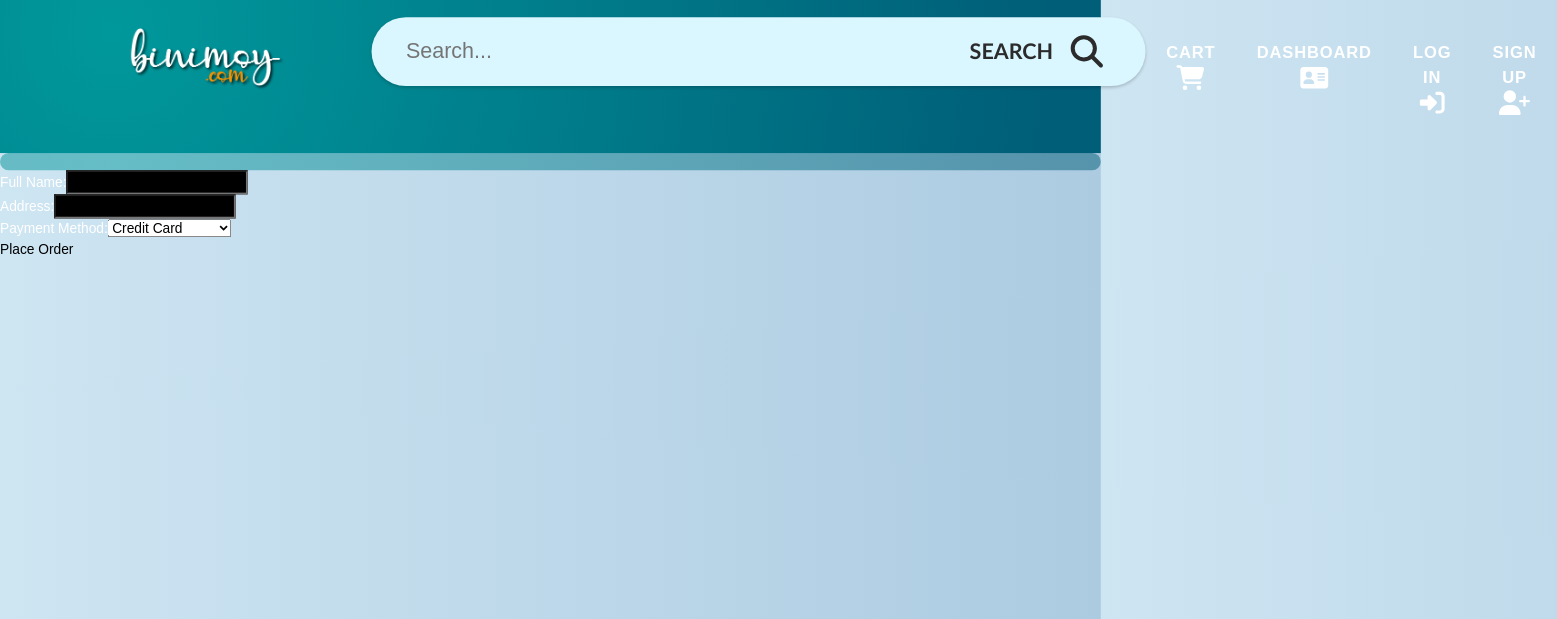
Repository: Shadman2024/2_1_DatabaseProject
Page: /checkout (app in frontend/)
An editor plug-in stored every save of this project. The page is shown before and after the next save, followed by the edit.
The browser window is 1280 px wide. The page is 1811 px wide, so the pictures cover 1811 px, including what lies to the right of the window. The pictures show the whole page, at 86% of full size.
Some web libraries are served in a nearby version. The project was rebuilt for these pictures with package versions that can differ from the ones it lists, and the page was loaded fresh each time. Also part of the build but not shown: frontend/src/App.css, frontend/src/signUp/signup.js, frontend/src/logIn/login.js, frontend/src/Home/home.module.css, frontend/src/Home/hero.js, frontend/src/Home/hero2.js, frontend/src/Home/hero3.js, frontend/src/Home/smallcategory.module.css and 31 more.

Above is the page before, as saved 2024-03-08 13:46:05.

### frontend/public/index.html
<!DOCTYPE html>
<html lang="en">

<head>
  <meta charset="utf-8" />
  <link rel="icon" href="%PUBLIC_URL%/favicon.ico" />
  <meta name="viewport" content="width=device-width, initial-scale=1" />
  <meta name="theme-color" content="#000000" />
  <meta name="description" content="Web site created using create-react-app" />
  <link rel="apple-touch-icon" href="%PUBLIC_URL%/logo192.png" />
  <!--
      manifest.json provides metadata used when your web app is installed on a
      user's mobile device or desktop. See https://developers.google.com/web/fundamentals/web-app-manifest/
    -->
  <link rel="manifest" href="%PUBLIC_URL%/manifest.json" />
  <link href="https://cdn.jsdelivr.net/npm/bootstrap@5.0.2/dist/css/bootstrap.min.css" rel="stylesheet"
    integrity="sha384-EVSTQN3/azprG1Anm3QDgpJLIm9Nao0Yz1ztcQTwFspd3yD65VohhpuuCOmLASjC" crossorigin="anonymous">
  <!--
      Notice the use of %PUBLIC_URL% in the tags above.
      It will be replaced with the URL of the `public` folder during the build.
      Only files inside the `public` folder can be referenced from the HTML.

      Unlike "/favicon.ico" or "favicon.ico", "%PUBLIC_URL%/favicon.ico" will
      work correctly both with client-side routing and a non-root public URL.
      Learn how to configure a non-root public URL by running `npm run build`.
    -->
  <title>React App</title>
</head>

<body style="background: linear-gradient(to right, #cee5f2, #accbe1);
/* Other styles */
margin: 0;
height: 100vh;
color: white;">
<!-- <body style="background: #1B1B1B"> -->


  <noscript>You need to enable JavaScript to run this app.</noscript>
  <div id="root"></div>
  <!--
      This HTML file is a template.
      If you open it directly in the browser, you will see an empty page.

      You can add webfonts, meta tags, or analytics to this file.
      The build step will place the bundled scripts into the <body> tag.

      To begin the development, run `npm start` or `yarn start`.
      To create a production bundle, use `npm run build` or `yarn build`.
    -->
  <script src="https://cdn.jsdelivr.net/npm/bootstrap@5.0.2/dist/js/bootstrap.bundle.min.js"
    integrity="sha384-MrcW6ZMFYlzcLA8Nl+NtUVF0sA7MsXsP1UyJoMp4YLEuNSfAP+JcXn/tWtIaxVXM"
    crossorigin="anonymous"></script>
  <script src="https://cdn.jsdelivr.net/npm/@popperjs/core@2.9.2/dist/umd/popper.min.js"
    integrity="sha384-IQsoLXl5PILFhosVNubq5LC7Qb9DXgDA9i+tQ8Zj3iwWAwPtgFTxbJ8NT4GN1R8p"
    crossorigin="anonymous"></script>
  <script src="https://cdn.jsdelivr.net/npm/bootstrap@5.0.2/dist/js/bootstrap.min.js"
    integrity="sha384-cVKIPhGWiC2Al4u+LWgxfKTRIcfu0JTxR+EQDz/bgldoEyl4H0zUF0QKbrJ0EcQF"
    crossorigin="anonymous"></script>
  <script src="https://code.jquery.com/jquery-3.2.1.slim.min.js"
    integrity="sha384-KJ3o2DKtIkvYIK3UENzmM7KCkRr/rE9/Qpg6aAZGJwFDMVNA/GpGFF93hXpG5KkN"
    crossorigin="anonymous"></script>
  <script src="https://cdnjs.cloudflare.com/ajax/libs/popper.js/1.12.3/umd/popper.min.js"
    integrity="sha384-vFJXuSJphROIrBnz7yo7oB41mKfc8JzQZiCq4NCceLEaO4IHwicKwpJf9c9IpFgh"
    crossorigin="anonymous"></script>
  <script src="https://maxcdn.bootstrapcdn.com/bootstrap/4.0.0-beta.2/js/bootstrap.min.js"
    integrity="sha384-alpBpkh1PFOepccYVYDB4do5UnbKysX5WZXm3XxPqe5iKTfUKjNkCk9SaVuEZflJ"
    crossorigin="anonymous"></script>


</body>

</html>

### frontend/src/index.css
*{
  margin: 0;
  outline: none;
}
body {
  margin: 0;
  font-family: -apple-system, BlinkMacSystemFont, 'Segoe UI', 'Roboto', 'Oxygen',
    'Ubuntu', 'Cantarell', 'Fira Sans', 'Droid Sans', 'Helvetica Neue',
    sans-serif;
  -webkit-font-smoothing: antialiased;
  -moz-osx-font-smoothing: grayscale;
}

code {
  font-family: source-code-pro, Menlo, Monaco, Consolas, 'Courier New',
    monospace;
}
html {
  scroll-behavior: smooth;
  position: relative;
  min-height: 100%;
  overflow-x: hidden;
}

### frontend/src/checkout/checkout.js
import React, { Fragment, useState, useEffect, useLayoutEffect } from 'react';
import { useLocation, useNavigate } from 'react-router-dom';
import styles from './checkout.module.css';

const Checkout = ({ setAuth }) => {
    const navigate = useNavigate();
    const location = useLocation();
    const { cartItems } = location.state || { cartItems: [] };

    // States for form inputs
    const [name, setName] = useState('');
    const [address, setAddress] = useState('');
    const [paymentMethod, setPaymentMethod] = useState('creditCard');

    const handleSubmit = async (e) => {
        e.preventDefault();
        // Here you would typically send the order to your backend server
        // For this example, we'll just log it to the console and navigate to a confirmation page
        console.log({
            name,
            address,
            paymentMethod,
            cartItems,
        });
        // navigate('/order-confirmation'); // Assuming you have an order confirmation page
    };

    return (
        <Fragment>
            <div className={styles.checkoutContainer}>
                <div className={styles.title}></div>
                <form onSubmit={handleSubmit} className={styles.checkoutForm}>
                    <div className={styles.formGroup}>
                        <label htmlFor="name">Full Name:</label>
                        <input type="text" id="name" value={name} onChange={(e) => setName(e.target.value)} required />
                    </div>
                    <div className={styles.formGroup}>
                        <label htmlFor="address">Address:</label>
                        <input type="text" id="address" value={address} onChange={(e) => setAddress(e.target.value)} required />
                    </div>
                    <div className={styles.formGroup}>
                        <label>Payment Method:</label>
                        <select value={paymentMethod} onChange={(e) => setPaymentMethod(e.target.value)} required>
                            <option value="creditCard">Credit Card</option>
                            <option value="paypal">PayPal</option>
                            <option value="cash">Cash on Delivery</option>
                        </select>
                    </div>
                    <button type="submit" className={styles.submitButton}>Place Order</button>
                </form>
            </div>
        </Fragment>
    );
};

export default Checkout;

### frontend/src/signUp/signup.module.css

.login_box {
  position: absolute;
  top: 50%;
  left: 50%;
  width: 400px;
  padding: 40px;
  margin: 20px auto;
  transform: translate(-50%, -55%);
  background-image: radial-gradient( circle farthest-corner at 10% 20%,  rgba(0,152,155,1) 0.1%, rgba(0,94,120,1) 94.2% );
  box-sizing: border-box;
  box-shadow: 0 15px 25px rgba(0,0,0,.6);
  border-radius: 10px;
  color: #ffffff;
  font-size: large;
  /* padding-left: 100px;
  padding-right: 100px; */
}
.login_box .user_box {
  position: relative;
}

.login_box .user_box input {
  width: 100%;
  padding: 10px 0;
  font-size: 16px;
  color: #fffdfd;
  margin-bottom: 30px;
  border: none;
  /* background-color: #0F1F2A; */
  border-bottom: 1px solid #ffffff;
  outline: none;
  background: transparent;
  font-size: larger;
  /* font-weight: bolder; */
}

.login_box .user_box label {
  position: absolute;
  top: -20px;
  left: 0;
  padding: 10px 0;
  font-size: 20px;
  color: #ffffff;
  /* background-color: #2E5D7F; */
  pointer-events: none;
  transition: .5s;
  font-size: large;
  /* padding: 0px;
  padding-left: 20%;
  padding-right: 20%; */
  font-weight: bold;
}

.login_box .user_box input:focus ~ label,
.login_box .user_box input:valid ~ label {
  /* top: -20px; */
  left: 0;
  color: #ffffff;
  font-size: 20px;
  /* background-color: #242424; */
  padding: 0px;
  padding-left: 10px;
  padding-right: 10px;
  font-weight: bolder;
}


.login_box p:first-child {
  margin: 0 0 30px;
  padding: 0;
  color: #ffffff;
  text-align: center;
  font-size: 1.5rem;
  font-weight: bold;
  letter-spacing: 1px;
  padding-bottom: 30px;
}




.animated_button {
  position: relative;
  display: inline-block;
  padding: 12px 24px;
  border: none;
  font-size: 16px;
  background-color: inherit;
  border-radius: 100px;
  font-weight: 600;
  color: #ffffff;
  box-shadow: 0 0 0 2px #ffffff00;
  cursor: pointer;
  overflow: hidden;
  transition: all 0.6s cubic-bezier(0.23, 1, 0.320, 1);
  text-align: center;
  font-size: 1.2rem;
  /* font-weight: bold; */
  letter-spacing: 1px;
  /* padding-bottom: 30px; */
}

.animated_button span:last-child {
  position: absolute;
  top: 50%;
  left: 50%;
  transform: translate(-50%, -50%);
  width: 20px;
  height: 20px;
  background-color: #fff;
  /* color: #000; */
  border-radius: 50%;
  opacity: 0;
  transition: all 0.8s cubic-bezier(0.23, 1, 0.320, 1);
}

.animated_button span:first-child {
  position: relative;
  z-index: 1;
}

.animated_button:hover {
  box-shadow: 0 0 0 3px #ffffff;
  color: #2F0332;
}

.animated_button:active {
  scale: 0.95;
}

.animated_button:hover span:last-child {
  width: 150px;
  height: 150px;
  opacity: 1;
}

input {
  color: white;
  background-color: black;
}

::-ms-reveal {
  filter: invert(100%);
}

/* Chrome, Safari, Edge, Opera */
input::-webkit-outer-spin-button,
input::-webkit-inner-spin-button {
-webkit-appearance: none;
margin: 0;
}

### frontend/src/logIn/login.module.css


.login_box {
  position: absolute;
  top: 50%;
  left: 50%;
  width: 400px;
  padding: 40px;
  margin: 20px auto;
  transform: translate(-50%, -55%);
  background-image: radial-gradient( circle farthest-corner at 10% 20%,  rgba(0,152,155,1) 0.1%, rgba(0,94,120,1) 94.2% );
  box-sizing: border-box;
  box-shadow: 0 15px 25px rgba(0, 0, 0, .6);
  border-radius: 10px;
  color: #ffffff;
  font-size: large;
  /* padding-left: 100px;
  padding-right: 100px; */
}

.login_box .user_box {
  position: relative;
}

.login_box .user_box input {
  width: 100%;
  padding: 10px 0;
  font-size: 16px;
  color: #fffdfd;
  margin-bottom: 30px;
  border: none;
  /* background-color: #0F1F2A; */
  border-bottom: 1px solid #ffffff;
  outline: none;
  background: transparent;
  font-size: larger;
  /* font-weight: bolder; */
}

.login_box .user_box label {
  position: absolute;
  top: -20px;
  left: 0;
  padding: 10px 0;
  font-size: 20px;
  color: #ffffff;
  /* background-color: #2E5D7F; */
  pointer-events: none;
  transition: .5s;
  font-size: large;
  /* padding: 0px;
  padding-left: 20%;
  padding-right: 20%; */
  font-weight: bold;
}

.login_box .user_box input:focus~label,
.login_box .user_box input:valid~label {
  /* top: -20px; */
  left: 0;
  color: #ffffff;
  font-size: 20px;
  /* background-color: #242424; */
  padding: 0px;
  padding-left: 10px;
  padding-right: 10px;
  font-weight: bolder;
}


.login_box p:first-child {
  margin: 0 0 30px;
  padding: 0;
  color: #ffffff;
  text-align: center;
  font-size: 1.5rem;
  font-weight: bold;
  letter-spacing: 1px;
  padding-bottom: 30px;
}




.animated_button {
  position: relative;
  display: inline-block;
  padding: 12px 24px;
  border: none;
  font-size: 16px;
  background-color: inherit;
  border-radius: 100px;
  font-weight: 600;
  color: #ffffff;
  box-shadow: 0 0 0 2px #ffffff00;
  cursor: pointer;
  overflow: hidden;
  transition: all 0.6s cubic-bezier(0.23, 1, 0.320, 1);
  text-align: center;
  font-size: 1.2rem;
  /* font-weight: bold; */
  letter-spacing: 1px;
  /* padding-bottom: 30px; */
}

.animated_button span:last-child {
  position: absolute;
  top: 50%;
  left: 50%;
  transform: translate(-50%, -50%);
  width: 20px;
  height: 20px;
  background-color: #fff;
  /* color: #000; */
  border-radius: 50%;
  opacity: 0;
  transition: all 0.8s cubic-bezier(0.23, 1, 0.320, 1);
}

.animated_button span:first-child {
  position: relative;
  z-index: 1;
}

.animated_button:hover {
  box-shadow: 0 0 0 3px #ffffff;
  color: #2F0332;
}

.animated_button:active {
  scale: 0.95;
}

.animated_button:hover span:last-child {
  width: 150px;
  height: 150px;
  opacity: 1;
}

input {
  color: white;
  background-color: black;
}

::-ms-reveal {
  filter: invert(100%);
}

### frontend/src/dashboard/dashboard.module.css
body {
    /* font-family: Arial, sans-serif; */
    margin: 0;
    padding: 0;
    box-sizing: border-box;
    /* font-size: larger; */
}

.container {
    font-size: 30px;
    display: flex;
    justify-content: space-around;
    margin: 20px;
    margin-left: 130px;
    margin-right: 130px;
}

.user_info,
.order_info {
    flex-basis: 45%;
    padding: 20px;
    box-shadow: 0 0 10px rgba(0, 0, 0, 0.1);
}


.user_photo {
    width: 200px;
    height: 200px;
    object-fit: cover;
    border-radius: 50%;
    margin-bottom: 20px;
}

h2 {
    color: #333;
    margin-bottom: 15px;
}

p {
    line-height: 1.6;
    color: #666;
}

strong {
    color: #333;
}

@media (max-width: 768px) {
    .container {
        flex-direction: column;
        align-items: center;
    }

    .user-info,
    .order-info {
        flex-basis: 90%;
    }
}

.title {
    /* Add styles for your title here */
    margin-bottom: 10px;
    /* Example space between title and wrapper */
    font-size: 30px;
    color: rgb(255, 255, 255);
    font-weight: bolder;
    padding-left: 200px;
    background-image: radial-gradient( circle farthest-corner at 10% 20%,  rgba(0,152,155,1) 0.1%, rgba(0,94,120,1) 94.2% );
    margin-top: 0px;
    letter-spacing: 5px;
}

.animated_button {
    position: relative;
    display: inline-block;
    padding: 12px 24px;
    border: none;
    font-size: 16px;
    background-color: rgb(71, 0, 73);
    border-radius: 100px;
    font-weight: 600;
    color: rgb(255, 255, 255);
    box-shadow: 0 0 0 2px #ffffff00;
    cursor: pointer;
    overflow: hidden;
    transition: all 0.6s cubic-bezier(0.23, 1, 0.320, 1);
    text-align: center;
    font-size: 1.2rem;
    /* font-weight: bold; */
    letter-spacing: 1px;
    /* padding-bottom: 30px; */
}

.animated_button span:last-child {
    position: absolute;
    top: 50%;
    left: 50%;
    transform: translate(-50%, -50%);
    width: 20px;
    height: 20px;
    background-color: rgb(71, 0, 73);
    /* color: #000; */
    border-radius: 50%;
    opacity: 0;
    transition: all 0.8s cubic-bezier(0.23, 1, 0.320, 1);
}

.animated_button span:first-child {
    position: relative;
    z-index: 1;
}

.animated_button:hover {
    box-shadow: 0 0 0 3px #ffffff;
    color: #2F0332;
}

.animated_button:active {
    scale: 0.95;
}

.animated_button:hover span:last-child {
    width: 150px;
    height: 150px;
    opacity: 1;
}
.userDetails {
    margin-bottom: 10px;
    color: #0f0f0f;
    font-size: 30px;
}

.userDetails strong {
    color: #2c2c2c;
    font-weight: bold;
}
.user_photo{
    margin-top: 10px;
}

.userDetail {
    display: flex;
    align-items: center;
    margin-bottom: 10px;
}

.detailLabel, .detailValue {
    margin-right: 100px;
}

.detailLabel {
    /* If you want the labels to have a fixed width for alignment */
    width: 220px;
    font-weight: bold;
    color: #000;
}

.detailValue {
    flex-grow: 1;
    color: #333;
}

/* Your existing styles */

### frontend/src/orders/orders.module.css
/* orders.module.css */
.orders_container {
  padding: 20px;
  /* background: #f5f5f5; */
  border-radius: 8px;
  /* box-shadow: 0 2px 4px rgba(0,0,0,0.1); */
  margin-left: 250px;
  margin-right: 250px;
  margin-left: 250px;
  margin-top: 40px;
  margin-right: 250px;
  padding: 20px;
  /* background-color: #f9f9f9; */
  border-radius: 8px;
  box-shadow: 0 2px 4px rgba(0,0,0,0.3);
  background-color: #97adda;
}

.title {
  font-size: 30px;;
  color: rgb(255, 255, 255);
  font-weight: bolder;
  background-image: radial-gradient( circle farthest-corner at 10% 20%,  rgba(0,152,155,50%) 0.1%, rgba(0,94,120,50%) 94.2% );
  margin-top: 0px;
  /* background-color: #ba96db; */
  letter-spacing: 5px;
  margin-bottom: 0px;
  padding-bottom: 0px;
  border-radius: 0.5rem;
  padding: 10px;
  text-align: center;
  border-radius: 1rem 1rem 1rem 1rem;
  margin-bottom: 10px;
}

.order {
  /* background: #ffffff; */
  padding: 15px;
  margin-bottom: 20px;
  /* border-radius: 8px; */
  /* box-shadow: 0 1px 3px rgba(0,0,0,0.12), 0 1px 2px rgba(0,0,0,0.24); */
  font-size: 20px;
  border-radius: 1rem 1rem 1rem 1rem;
  background-color: white;
}

.order h3 {
  color: #0275d8;
  font-size: 20px;
  margin-top: 0;
  margin-bottom: 10px;
}

.order p {
  color: #313131;
  margin: 5px 0;
}

ul {
  list-style-type: none;
  padding: 0;
}

li {
  margin: 5px 0;
  color: #363636;
}

strong {
  color: #333;
}

/* Specific styles for shipping and payment sections */
.order > div {
  margin-top: 10px;
  padding-top: 10px;
  border-top: 1px solid #eee;
}

/* Adjust the below properties as per your UI requirements */
.orders_table {
  width: 100%;
  border-collapse: collapse;
}

.orders_table th, .orders_table td {
  text-align: left;
  padding: 8px;
  border-bottom: 1px solid #ddd;
}

.orders_table th {
  background-color: #f9f9f9;
}
.orders_table {
  width: 100%;
  margin-top: 10px;
  border-collapse: collapse;
}

.orders_table th, .orders_table td {
  text-align: left;
  padding: 8px;
  border-bottom: 1px solid #ddd;
}

.orders_table th {
  background-color: teal;
  /* color: #313131; */
}
.orders_table td {
  background-color: #e0e0e0;
  color: #313131;
}

### frontend/src/checkout/checkout.module.css
.shipping{
    padding: 20px;
    /* background: #f5f5f5; */
    border-radius: 8px;
    /* box-shadow: 0 2px 4px rgba(0,0,0,0.1); */
    margin-left: 250px;
    margin-right: 250px;
    margin-left: 250px;
    margin-top: 40px;
    margin-right: 250px;
    padding: 20px;
    /* background-color: #f9f9f9; */
    border-radius: 8px;
    box-shadow: 0 2px 4px rgba(0,0,0,0.3);
    background-color: #97adda;
}
.title {
    font-size: 30px;;
    color: rgb(255, 255, 255);
    font-weight: bolder;
    background-image: radial-gradient( circle farthest-corner at 10% 20%,  rgba(0,152,155,50%) 0.1%, rgba(0,94,120,50%) 94.2% );
    margin-top: 0px;
    /* background-color: #ba96db; */
    letter-spacing: 5px;
    margin-bottom: 0px;
    padding-bottom: 0px;
    border-radius: 0.5rem;
    padding: 10px;
    text-align: center;
    border-radius: 1rem 1rem 1rem 1rem;
}

### frontend/src/Home/hero.module.css
.hero {
    /* height: 100vh; */
    background: linear-gradient(180deg, #fde1ff, #e1ffea22 60%);
    display: flex;
    margin-bottom: 25px;
}

.hero_left {
    flex: 1;
    display: flex;
    flex-direction: column;
    /* justify-content: center; */
    padding-top: 10px;
    gap: 2px;
    padding-left: 10px;
    line-height: 1.1;
}

.hero_left h2 {
    color: rgb(41, 0, 35);
    font-size: 26 px;
    font-weight: 600;
}

.hero_left p {
    color: rgb(50, 0, 54);
    font-size: 100px;
    font-weight: 600;
}

.hero_hand_icon {
    display: flex;
    align-items: center;
    gap: 20px;
}

.image {
    /* max-width: 100%; */
    width: 199%;
    height: 500px;
    display: block; /* Ensure images resize within their container */
    border: 2px solid black;
    border-radius: 0.4rem;
  }

/* .hero-latest-btn{
    display: flex;
    justify-content: center;
    align-items: center;
    gap: 15px;
    width: 310px;
    height: 70px;
    background: #3d1a3f;
    color: white;
    font-size: 22px;
    font-weight: 500;

} */

.hero_right {
    flex: 1;
    display: flex;
    align-items: center;
    justify-content: center;
}

button {
    position: relative;
    display: inline-block;
    cursor: pointer;
    outline: none;
    border: 0;
    vertical-align: middle;
    text-decoration: none;
    background: transparent;
    padding: 0;
    font-size: inherit;
    font-family: inherit;
}

button.learn_more {
    width: 12rem;
    height: auto;
}

button.learn_more .circle {
    transition: all 0.45s cubic-bezier(0.65, 0, 0.076, 1);
    position: relative;
    display: block;
    margin: 0;
    width: 3rem;
    height: 3rem;
    background: #ffffff;
    border-radius: 1.625rem;
}

button.learn_more .circle .icon {
    transition: all 0.45s cubic-bezier(0.65, 0, 0.076, 1);
    position: absolute;
    top: 0;
    bottom: 0;
    margin: auto;
    background: #ffffff;
}

button.learn_more .circle .icon {
    transition: all 0.45s cubic-bezier(0.65, 0, 0.076, 1);
    left: 0.625rem;
    width: 1.125rem;
    height: 0.125rem;
    background: none;
}

button.learn_more .circle .icon::before {
    position: absolute;
    content: "";
    top: -0.29rem;
    right: 0.0625rem;
    width: 0.625rem;
    height: 0.625rem;
    border-top: 0.125rem solid #020202;
    border-right: 0.125rem solid #000000;
    transform: rotate(45deg);
}

button.learn_more .button_text {
    transition: all 0.45s cubic-bezier(0.65, 0, 0.076, 1);
    position: absolute;
    top: 0;
    left: 0;
    right: 0;
    bottom: 0;
    padding: 0.75rem 0;
    margin: 0 0 0 1.85rem;
    color: #ffffff;
    font-weight: 700;
    line-height: 1.6;
    text-align: center;
    text-transform: uppercase;
}

button:hover .circle {
    width: 100%;
}

button:hover .circle .icon{
    background: #000000;
    transform: translate(1rem, 0);
}

button:hover .button_text {
    color: #000000;
}

Loaded but not shown: frontend/src/NavBar/nav.js (82 lines, source omitted); frontend/src/App.js (81 lines, source omitted); frontend/src/index.js (10 lines, source omitted); frontend/src/seach/search.module.css (299 lines, source omitted); frontend/src/NavBar/nav.module.css (307 lines, source omitted); frontend/src/Home/hero2.module.css (153 lines, source omitted); frontend/src/Home/hero3.module.css (153 lines, source omitted); frontend/src/admin/admin.module.css (no stored copy; drawn as an empty file)

After the next save:
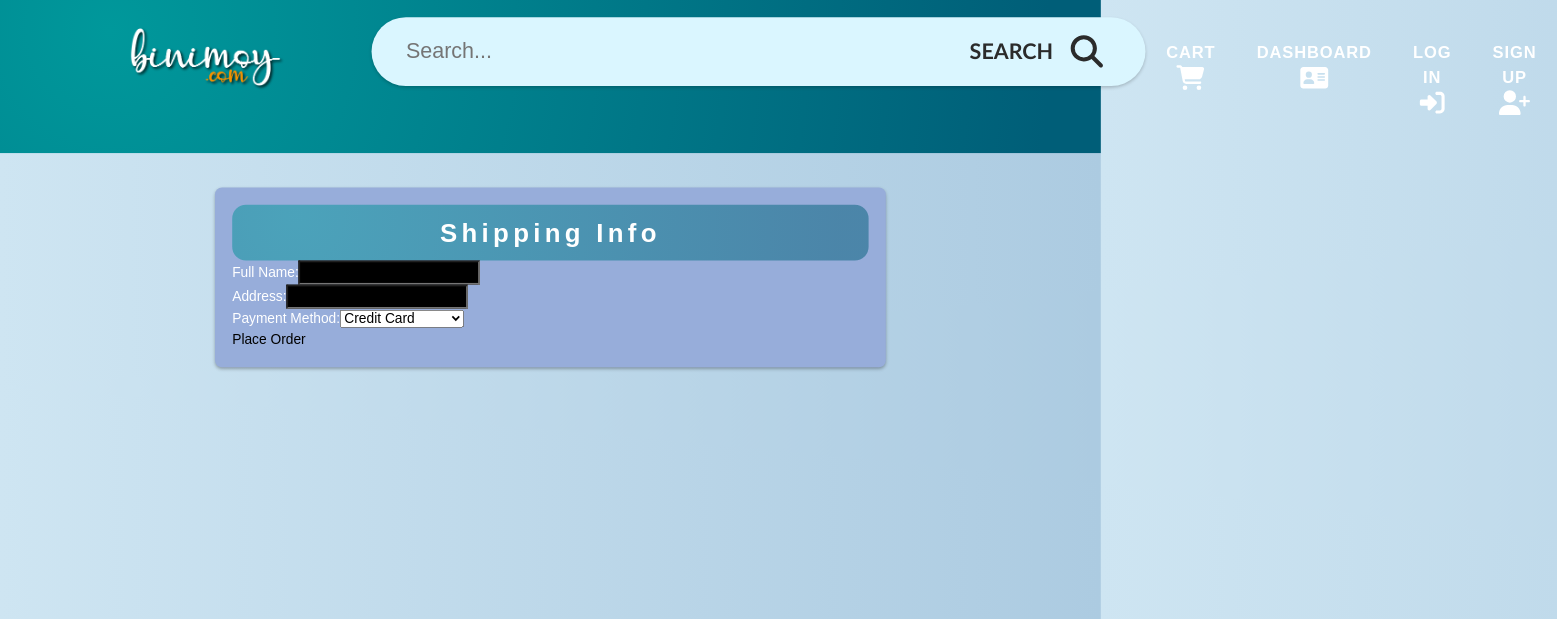
Saved 15 s later.
--- a/frontend/src/checkout/checkout.js
+++ b/frontend/src/checkout/checkout.js
@@ -27,8 +27,8 @@ const Checkout = ({ setAuth }) => {
 
     return (
         <Fragment>
-            <div className={styles.checkoutContainer}>
-                <div className={styles.title}></div>
+            <div className={styles.shipping}>
+                <div className={styles.title}>Shipping Info</div>
                 <form onSubmit={handleSubmit} className={styles.checkoutForm}>
                     <div className={styles.formGroup}>
                         <label htmlFor="name">Full Name:</label>
